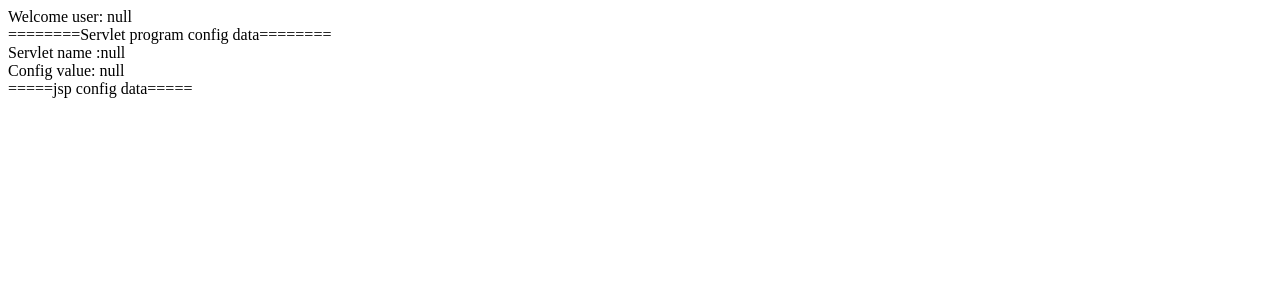
Repository: mdshoaib1366/Parking_Lot
Page: http://localhost/without_Annotation_ServletConfig/display.jsp
These files come from the project's save history. The page is drawn as it stood at one moment and after the next save; the edit follows.
The browser window is 1280 px wide. The pictures show the whole page.
The page is served by Tomcat 10. The template is opened directly, without the code that normally fills it, so the values that code supplies are empty.

Above is the page before, as saved 2024-08-02 04:54:58.

After the next save:
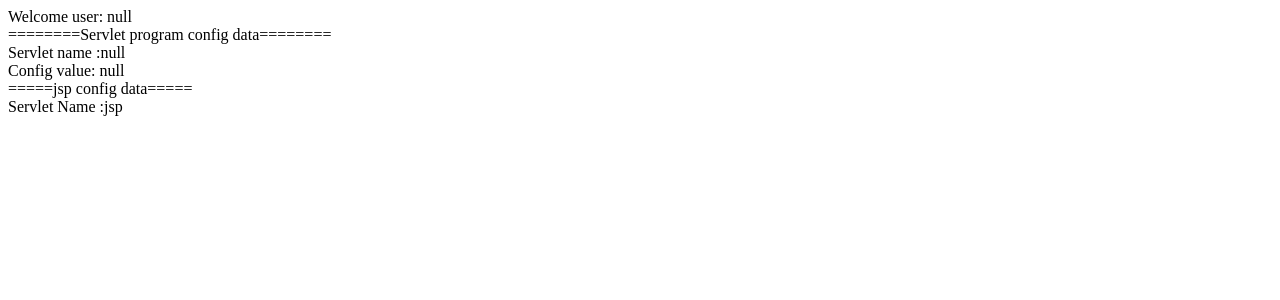
Saved 44 s later.
--- a/Sarvlet_Project/without_Annotation_ServletConfig/src/main/webapp/display.jsp
+++ b/Sarvlet_Project/without_Annotation_ServletConfig/src/main/webapp/display.jsp
@@ -18,6 +18,7 @@
 		out.println("Config value: "+val+"<br>");
 
 		out.println("=====jsp config data====="+"<br>");
+		out.println("Servlet Name :"+config.getServletName());
 	%>
 </body>
 </html>
